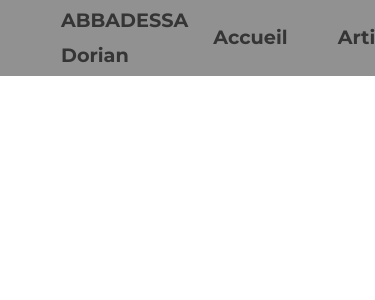
Repository: DorianABDS/Portfolio-ABBADESSA-Dorian
Page: index.html
The author's editor kept a copy of each file at every save. The page is drawn from the files as they stood at one save, then again after the next save.
The browser window is 375 px wide. The pictures show the whole page.

Above is the page before, as saved 2024-11-25 23:54:25.
Console error: TypeError: Cannot read properties of null (reading 'addEventListener')

After the next save:
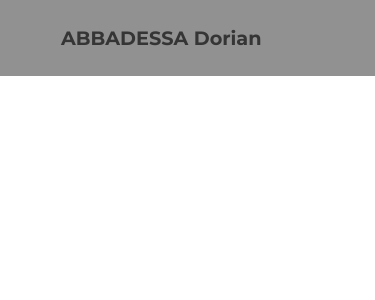
Saved 33 s later.
--- a/style.css
+++ b/style.css
@@ -90,5 +90,7 @@ html, body {
 }
 
 @media  screen and (max-width: 425px) {
-
+    .nav-links {
+        display: none;
+    }
 }
